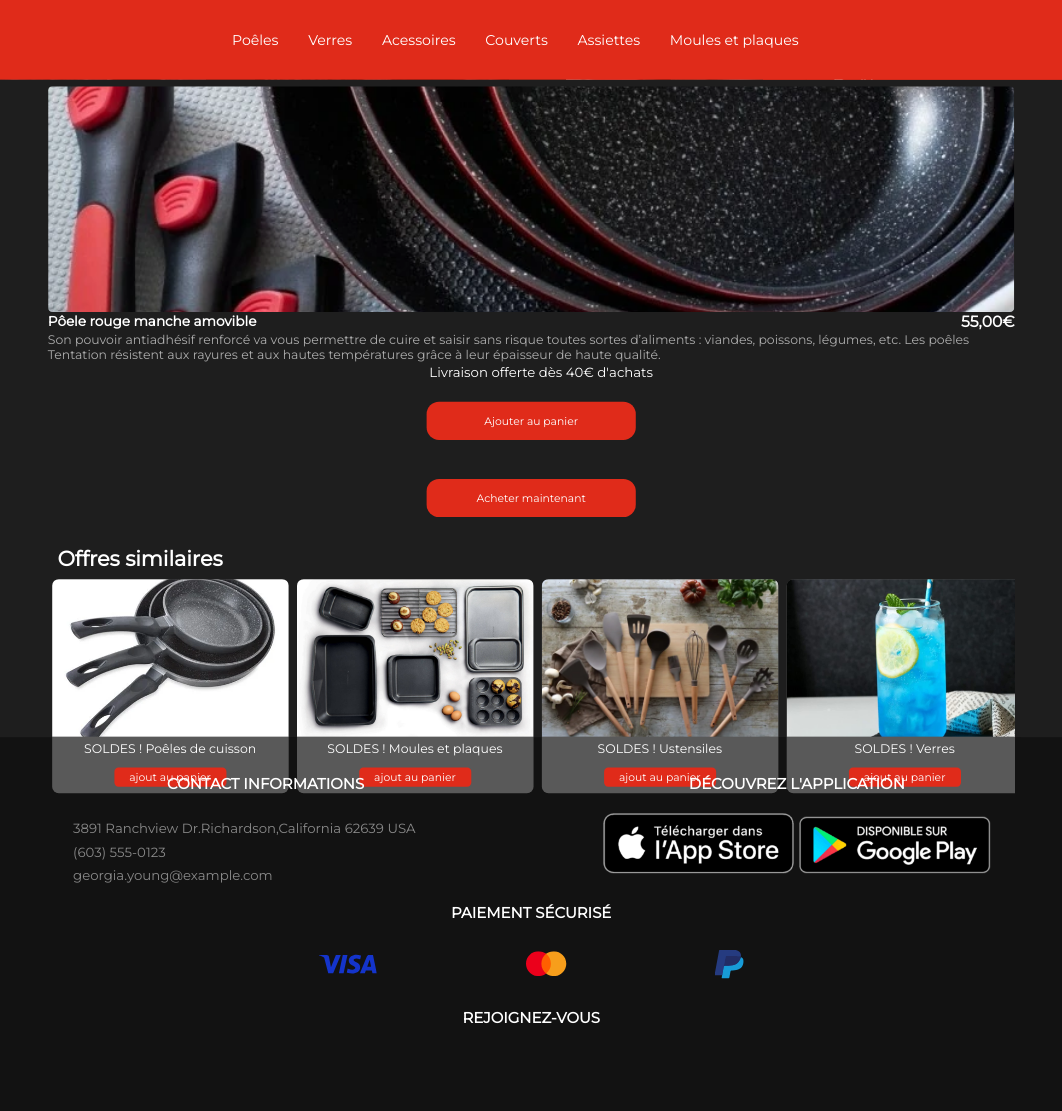
Repository: Juannpl/Luxury-Kicthen
Page: html/page_produits.html
An editor plug-in stored every save of this project. The page is shown before and after the next save, followed by the edit.
The browser window is 1280 px wide. The pictures show the whole page, at 83% of full size.
Some icons come from a web library that is not loaded, so they are not drawn.

Above is the page before, as saved 2023-02-16 09:51:03.

After the next save:
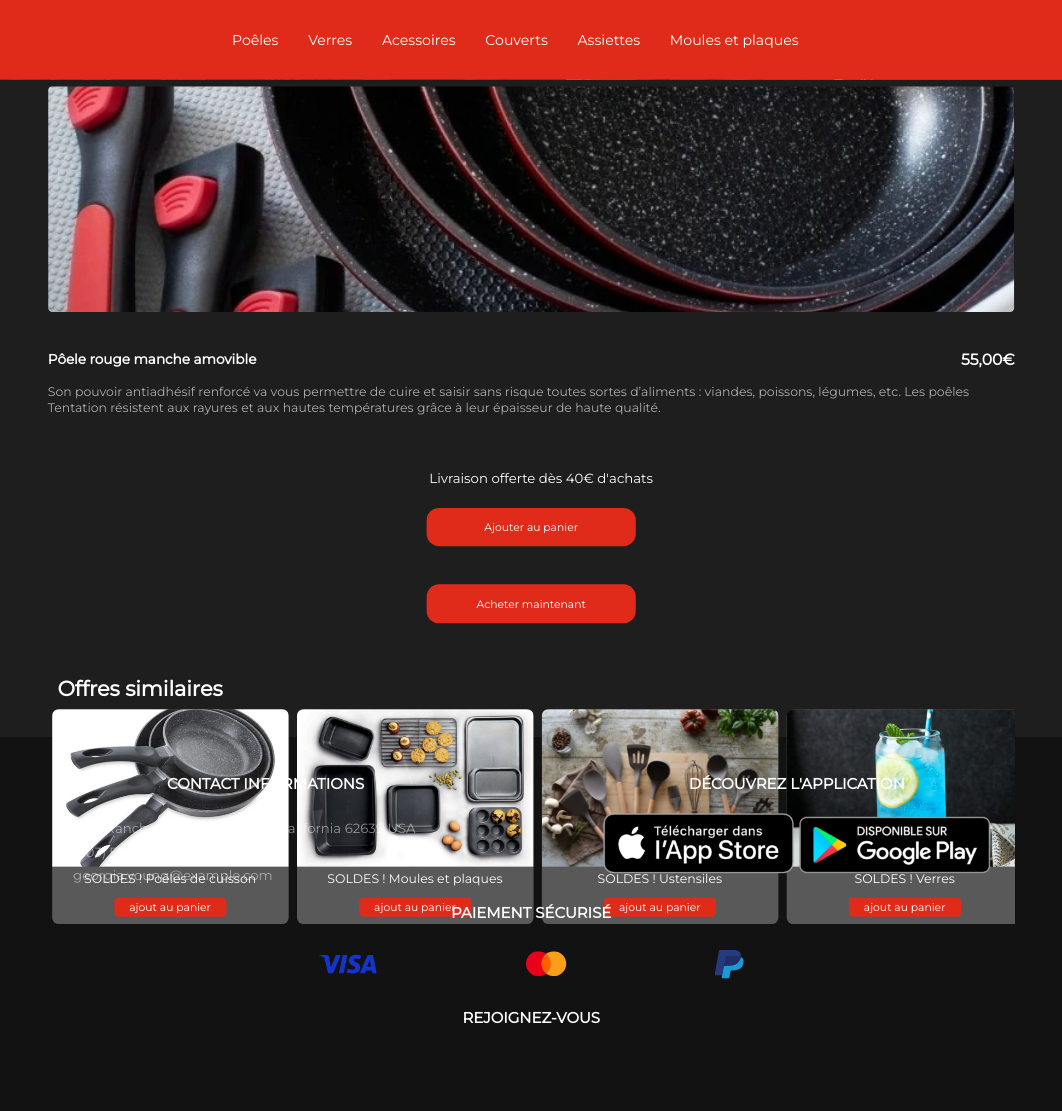
Saved 33 s later.
--- a/css/page_produits.css
+++ b/css/page_produits.css
@@ -331,7 +331,7 @@
 }
 
 .swipe {
-    height: 35%;
+    height: 10%;
 }
 
 /*

After the save that followed:
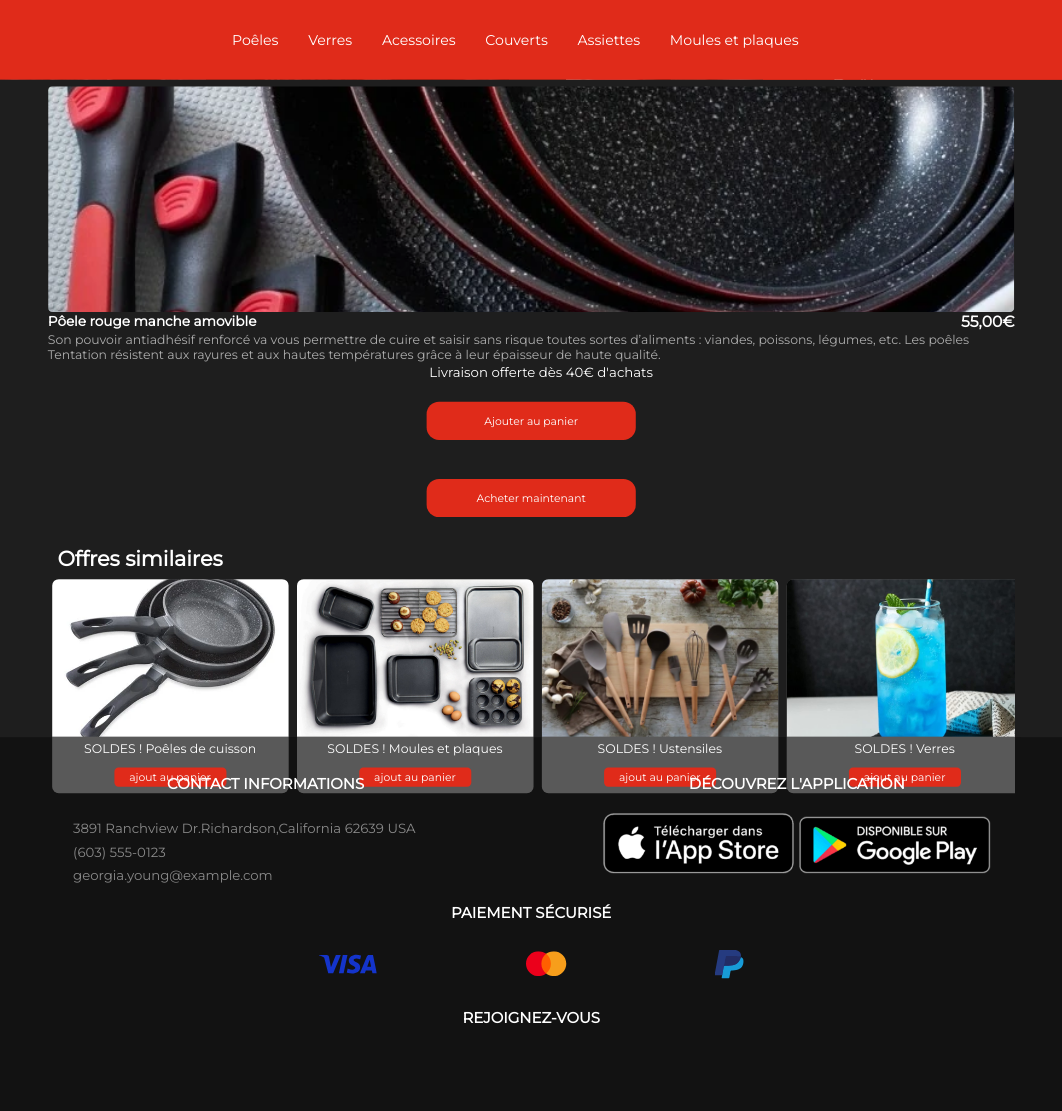
Saved 6 s later.
--- a/css/page_produits.css
+++ b/css/page_produits.css
@@ -331,7 +331,7 @@
 }
 
 .swipe {
-    height: 10%;
+    height: %;
 }
 
 /*
